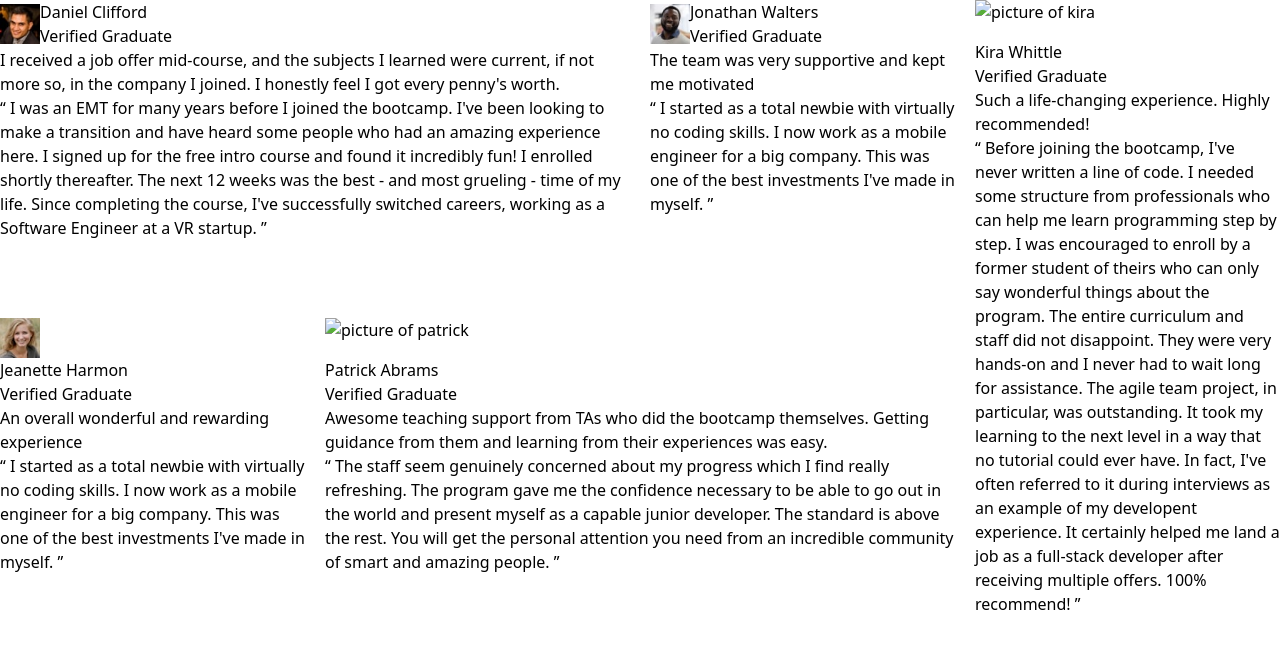
Repository: DiyBookOfLife/ps-FrontendMentor
Page: index.html
The author's editor kept a copy of each file at every save. The page is drawn from the files as they stood at one save, then again after a run of saves.
The browser window is 1280 px wide. The pictures show the whole page.
Some web libraries are served in a nearby version.

Above is the page before, as saved 2026-01-02 13:35:52.

### index.html
<!DOCTYPE html>
<html lang="en">

<head>
  <meta charset="UTF-8">
  <meta name="viewport" content="width=device-width, initial-scale=1.0">
  <!-- displays site properly based on user's device -->

  <link rel="icon" type="image/png" sizes="32x32" href="./images/favicon-32x32.png">

  <title>Frontend Mentor | [Challenge Name Here]</title>

  <link rel="preconnect" href="https://fonts.googleapis.com">
  <link rel="preconnect" href="https://fonts.gstatic.com" crossorigin>
  <link href="https://fonts.googleapis.com/css2?family=Barlow+Semi+Condensed:ital,wght@0,100;0,200;0,300;0,400;0,500;0,600;0,700;0,800;0,900;1,100;1,200;1,300;1,400;1,500;1,600;1,700;1,800;1,900&display=swap" rel="stylesheet">

  <!-- <link rel="stylesheet" href="./styles.css"> -->
  <script src="https://cdn.tailwindcss.com"></script>
</head>

<body>
  <main>
    <section class="grid grid-cols-4 grid-rows-2 gap-[20px]">
      <div class="col-start-1 col-end-3">
        <div class="flex items-center">
          <img class="h-[40px]" src="./images/image-daniel.jpg" alt="picture of daniel">
          <div class="flex flex-col justify-center">
            <div>Daniel Clifford</div>
            <div>Verified Graduate</div>
          </div>
        </div>

        <p>
          I received a job offer mid-course, and the subjects I learned were current, if not more so,
          in the company I joined. I honestly feel I got every penny's worth.
        </p>

        <p>
          “ I was an EMT for many years before I joined the bootcamp. I've been looking to make a
          transition and have heard some people who had an amazing experience here. I signed up
          for the free intro course and found it incredibly fun! I enrolled shortly thereafter.
          The next 12 weeks was the best - and most grueling - time of my life. Since completing
          the course, I've successfully switched careers, working as a Software Engineer at a VR startup. ”
        </p>
      </div>

      <div class="col-start-3 col-end-4">
        <div class="col-start-1 col-end-3">
        <div class="flex items-center">
          <img class="h-[40px] src=" src="/images/image-jonathan.jpg" alt="picture of jonathan">
          <div class="flex flex-col justify-center">
            <div>Jonathan Walters</div>
            <div>Verified Graduate</div>
          </div>
        </div>
        </div>

        <p>
          The team was very supportive and kept me motivated
        </p>

        <p>
          “ I started as a total newbie with virtually no coding skills. I now work as a mobile engineer
          for a big company. This was one of the best investments I've made in myself. ”
        </p>
      </div>



      <div class="card" id="jeanette_card">
        <div class="col-start-1 col-end-3">
          <img class="h-[40px]" src="./images/image-jeanette.jpg" alt="picture of jeanette">
          <div class="flex flex-col justify-center">
            <div>Jeanette Harmon</div>
            <div>Verified Graduate</div>
          </div>
        </div>

        <p>
          An overall wonderful and rewarding experience
        </p>

        <p>
          “ I started as a total newbie with virtually no coding skills. I now work as a mobile engineer
          for a big company. This was one of the best investments I've made in myself. ”
        </p>
      </div>


      <div class="col-start-2 col-end-4">
        <div class="col-start-1 col-end-3">
          <img class="h-[40px] src="./images/image-patrick.jpg" alt="picture of patrick">
          <div class="flex flex-col justify-center">
            <div>Patrick Abrams</div>
            <div>Verified Graduate</div>
          </div>
        </div>

        <p>
          Awesome teaching support from TAs who did the bootcamp themselves. Getting guidance from them and
          learning from their experiences was easy.
        </p>

        <p>
          “ The staff seem genuinely concerned about my progress which I find really refreshing. The program
          gave me the confidence necessary to be able to go out in the world and present myself as a capable
          junior developer. The standard is above the rest. You will get the personal attention you need from
          an incredible community of smart and amazing people. ”
        </p>
      </div>



      <div class="col-start-4 col-end-5 row-start-1 row-end-3">
        <div class="profile">
          <img class="h-[40px] src="./images/image-kira.jpg" alt="picture of kira">
          <div>
            <div>Kira Whittle</div>
            <div>Verified Graduate</div>
          </div>
        </div>

        <p>
          Such a life-changing experience. Highly recommended!
        </p>

        <p>
          “ Before joining the bootcamp, I've never written a line of code. I needed some structure from
          professionals who can help me learn programming step by step. I was encouraged to enroll by a former
          student of theirs who can only say wonderful things about the program. The entire curriculum and staff
          did not disappoint. They were very hands-on and I never had to wait long for assistance. The agile team
          project, in particular, was outstanding. It took my learning to the next level in a way that no tutorial
          could ever have. In fact, I've often referred to it during interviews as an example of my developent
          experience. It certainly helped me land a job as a full-stack developer after receiving multiple offers.
          100% recommend! ”
        </p>
      </div>

    </section>
  </main>
</body>

</html>

After the next 3 saves:
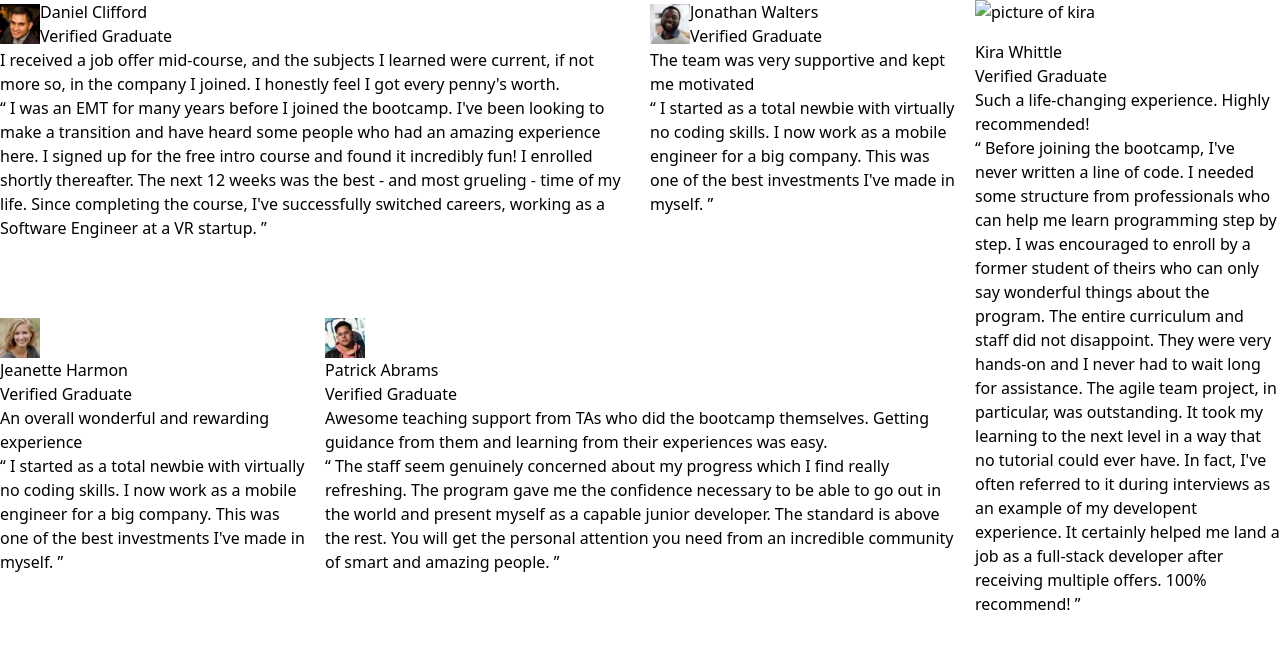
The 3 saves are shown as one change because they came seconds apart.
The last was saved 12 s later.
--- a/index.html
+++ b/index.html
@@ -89,7 +89,7 @@
 
       <div class="col-start-2 col-end-4">
         <div class="col-start-1 col-end-3">
-          <img class="h-[40px] src="./images/image-patrick.jpg" alt="picture of patrick">
+          <img class="h-[40px]" src="./images/image-patrick.jpg" alt="picture of patrick">
           <div class="flex flex-col justify-center">
             <div>Patrick Abrams</div>
             <div>Verified Graduate</div>
